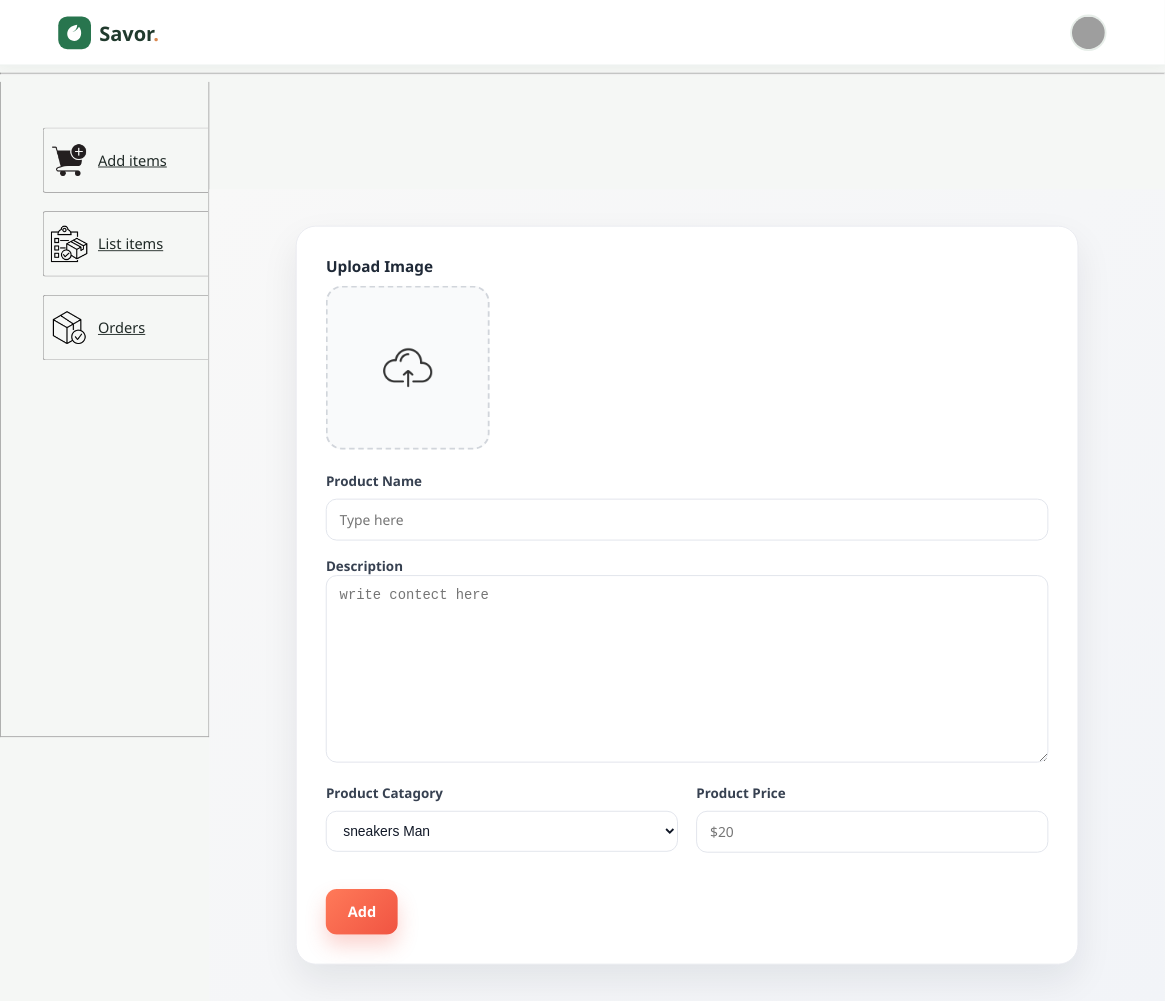
Repository: prince44991/Ecommerce-Project-Full-Stack
Page: /Additem (app in admin/my-react-app/)
These files come from the project's save history. The page is drawn as it stood at one moment and after the next save; the edit follows.
The browser window is 1280 px wide. The pictures show the whole page, at 91% of full size.
Pictures or frames that could not be fetched are drawn as grey boxes. The project was rebuilt for these pictures with package versions that can differ from the ones it lists, and the page was loaded fresh each time. Also part of the build but not shown: admin/my-react-app/vite.config.js, admin/my-react-app/src/pages/Order/Order.jsx, admin/my-react-app/src/pages/List/List.jsx.

Above is the page before, as saved 2026-09-29 21:20:08.

After the next save:
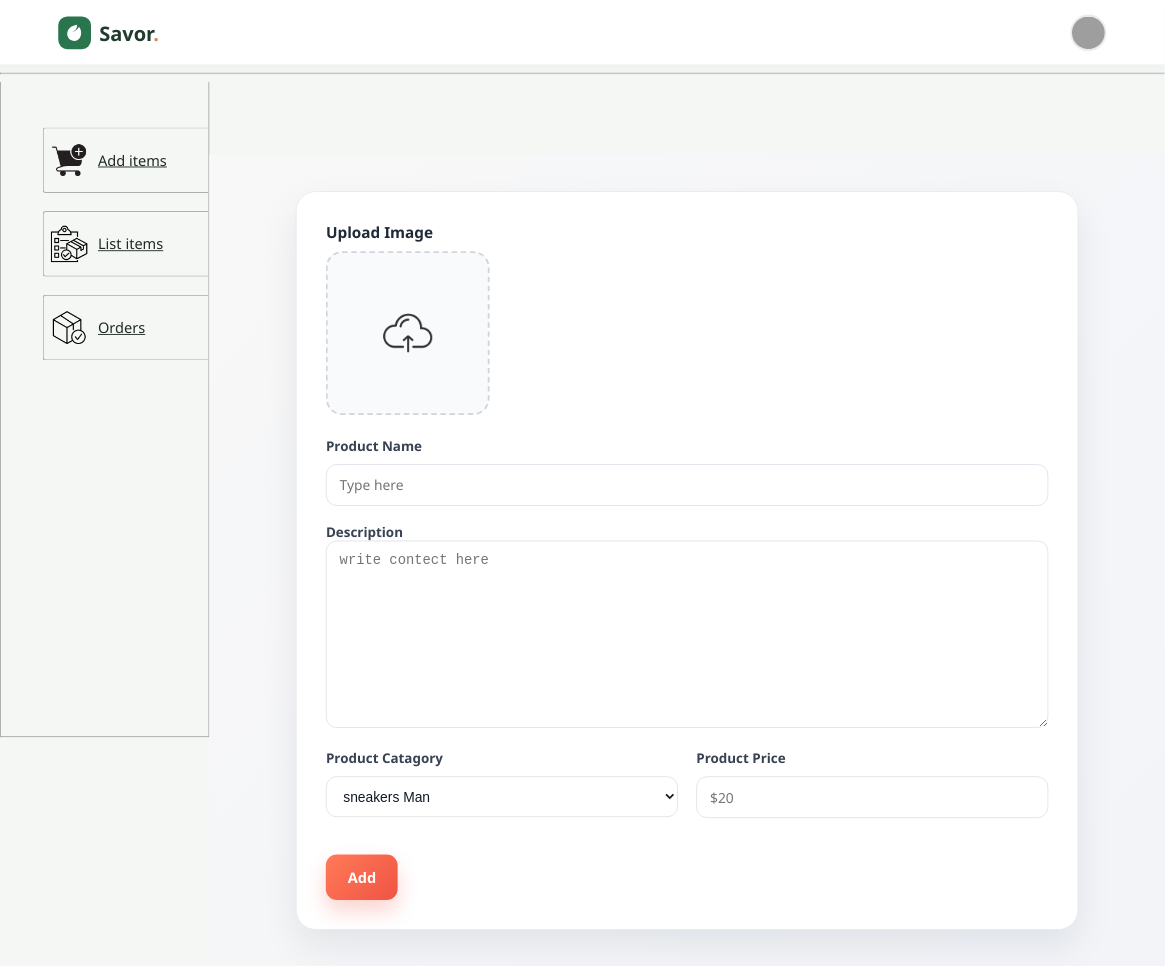
Saved 6 s later.
--- a/admin/my-react-app/src/pages/Add/Add.css
+++ b/admin/my-react-app/src/pages/Add/Add.css
@@ -5,7 +5,7 @@
   padding: 40px 20px;
   background: linear-gradient(135deg, #f8f8f8 0%, #f2f4f8 100%);
   min-height: calc(100vh - 80px);
-  margin-top:-47vw;
+  margin-top:-50vw;
   margin-left: 18vw;
 }
 
